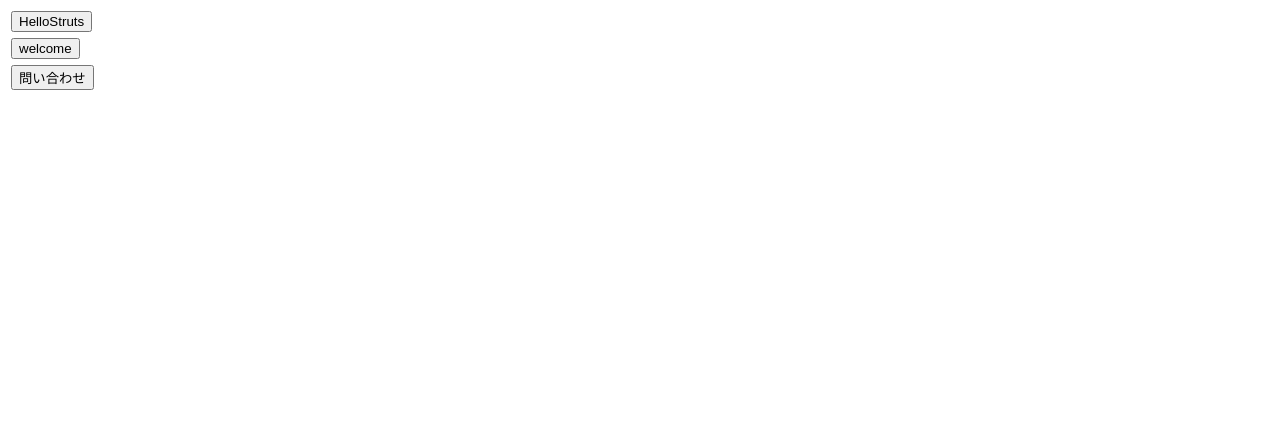
Repository: Wildbird-Yachou/test
Page: http://localhost/WebProj3/
An editor plug-in stored every save of this project. The page is shown before and after the next save, followed by the edit.
The browser window is 1280 px wide. The pictures show the whole page.
The page is served by Tomcat 9. Other server files are loaded and not shown.

Above is the page before, as saved 2018-08-29 10:19:46.

### WebProj3/WebContent/index.jsp
<%@ page language="java" contentType="text/html; charset=UTF-8"
    pageEncoding="UTF-8"%>
<%@ taglib prefix="s" uri="/struts-tags" %>
<!DOCTYPE html PUBLIC "-//W3C//DTD HTML 4.01 Transitional//EN" "http://www.w3.org/TR/html4/loose.dtd">
<html>
<head>
<meta http-equiv="Content-Type" content="text/html; charset=UTF-8">
<title>INDEX</title>
</head>
<body>
 <s:form action="HelloStrutsAction">
  <s:submit value="HelloStruts"/>
 </s:form>

 <s:form action="WelcomeAction">
  <s:submit value="welcome"/>
 </s:form>

 <s:form action="InquiryAction">
  <s:submit value="問い合わせ"/>
 </s:form>
</body>
</html>

After the next save:
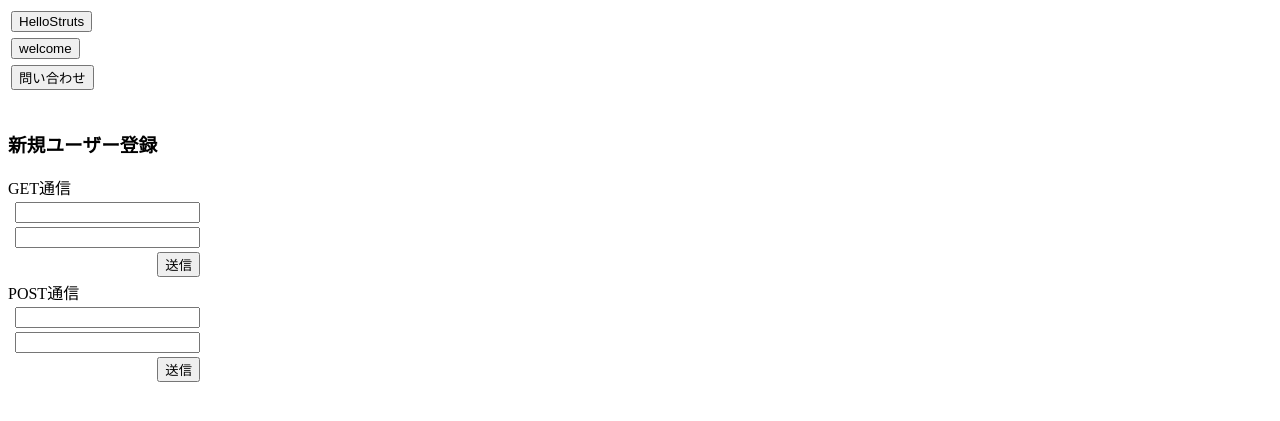
Saved 11 s later.
--- a/WebProj3/WebContent/index.jsp
+++ b/WebProj3/WebContent/index.jsp
@@ -19,5 +19,20 @@
  <s:form action="InquiryAction">
   <s:submit value="問い合わせ"/>
  </s:form>
+
+ <br>
+ <h3>新規ユーザー登録</h3>
+ GET通信
+ <s:form method="get" action="TestAction">
+ <s:textfield name="username"/>
+ <s:password name="password"/>
+ <s:submit value="送信"/>
+ </s:form>
+ POST通信
+ <s:form method="post" action="TestAction">
+ <s:textfield name="username"/>
+ <s:password name="password"/>
+ <s:submit value="送信"/>
+ </s:form>
 </body>
 </html>
